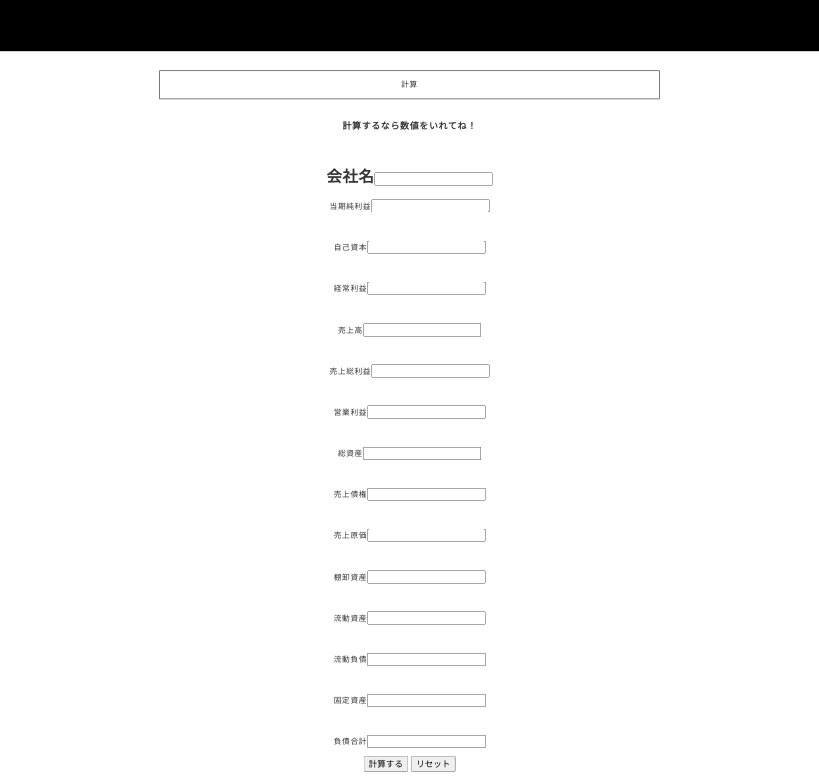
Repository: esk04/Keisanchan
Page: http://localhost/Keisanchan/
The author's editor kept a copy of each file at every save. The page is drawn from the files as they stood at one save, then again after the next save.
The browser window is 1280 px wide. The pictures show the whole page, at 64% of full size.
The page is served by Tomcat 9. Other server files are loaded and not shown.

Above is the page before, as saved 2018-08-20 06:53:59.

### Keisanchan/WebContent/keisan.jsp
<%@ page language="java" contentType="text/html; charset=UTF-8"
    pageEncoding="UTF-8"%>
<%@ taglib prefix="s" uri="/struts-tags" %>
<!DOCTYPE html>
<html>
<head>
<meta charset="utf-8" />
<meta http-equiv="Content-Style-Type" content="text/css" />
<meta http-equiv="Content-Script-Type" content="text/javascript" />
<meta http-equiv="imagetoolbar" content="no" />
<meta name="description" content="" />
<meta name="keywords" content="" />

<title>計算画面</title>
<style type="text/css">
 body{
      margin:0;
      padding:0;
      line-height:1.6;
      letter-spacing:1px;
      font-family:Verdana, Helvetica, sans-serif;
      font-size:12px;
      color:#333;
      background:#fff;
   }
   table{
     text-align:center;
     margin:o auto;
   }
   #top{
     width:780px;
     margin:30px auto;
     border:1px solid #333;
   }
   #header{
     width:100%;
     height:80px;
     background-color:black;
   }
   #main{
     width:100%;
     height:500px;
     text-align:center;
   }
   #footer{
     width:100%;
     height:80px;
     background-color:black;
     clear:both;
   }
   #text-center{
      display:inline-block;
      text-align:center;
   }
</style>
</head>
<body>
<div id="header">
        <div id="pr">
        </div>
</div>
<div id = "main">
       <div id="top">
          <p>計算</p>
       </div>
       <div>
        <h3>計算するなら数値をいれてね！</h3>

       <br/>

       <s:form action="KeisanAction">



 <s:form action="KeisanAction">
 <h1>会社名<input type="value" name="company_name" value=""></h1>
<p>当期純利益<input type="number" name="toki" value=""><p/>
<br><p>自己資本<input type="number" name="zikoshi" value=""></p>
<br><p>経常利益<input type="number" name="keijo" value=""></p>
<br><p>売上高<input type="number" name="uriage" value=""></p>
<br><p>売上総利益<input type="number" name="uriage_sori" value=""></p>
<br><p>営業利益<input type="number" name="eigyo" value=""></p>
<br><p>総資産<input type="number" name="total_assets" value=""></p>
<br><p>売上債権<input type="number" name="uriage_saiken" value=""></p>
<br><p>売上原価<input type="number" name="uriage_genka" value=""></p>
<br><p>棚卸資産<input type="number" name="tana" value=""></p>
<br><p>流動資産<input type="number" name="ryudo_assets" value=""></p>
<br><p>流動負債<input type="number" name="ryudo_fusai" value=""></p>
<br><p>固定資産<input type="number" name="kotei_assets" value=""></p>
<br><p>負債合計<input type="number" name="total_fusai" value=""></p>






<p><input type="submit" value="計算する"> <input type="reset" value="リセット"></p>
</s:form>


</s:form>

       <div id="text-link">

       </div>
       </div>
   </div>
</body>
</html>

After the next save:
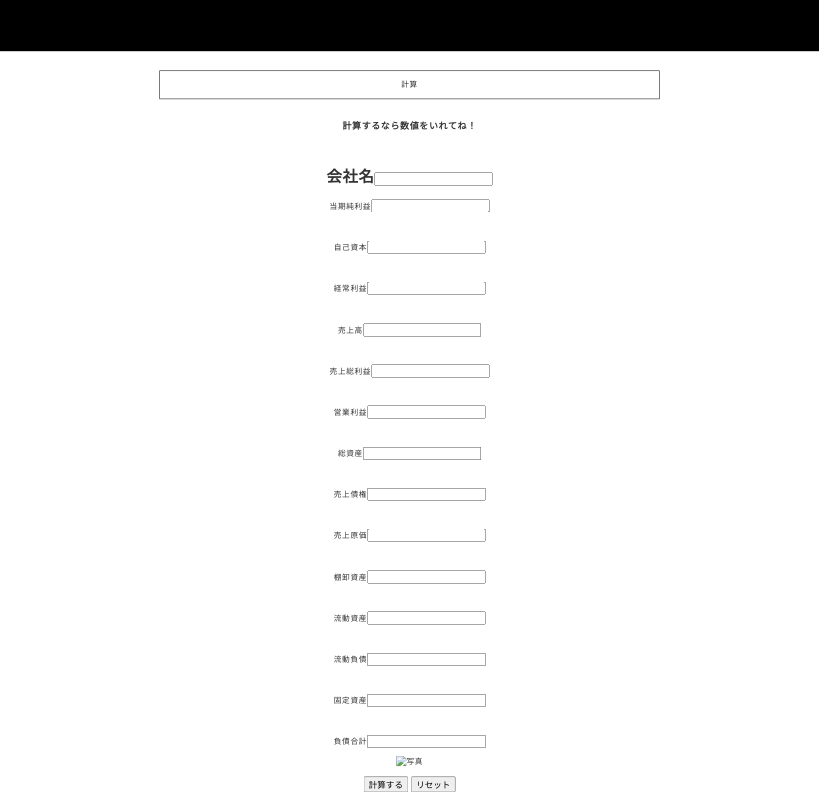
Not found: Keisanchan/Keisanchan/Keisanchan.JPG
Saved 10 min 33 s later.
--- a/Keisanchan/WebContent/keisan.jsp
+++ b/Keisanchan/WebContent/keisan.jsp
@@ -89,6 +89,8 @@
 <br><p>固定資産<input type="number" name="kotei_assets" value=""></p>
 <br><p>負債合計<input type="number" name="total_fusai" value=""></p>
 
+<img src="Keisanchan.JPG" alt="写真" title"けいさんちゃん">
+
 
 
 

After the save that followed:
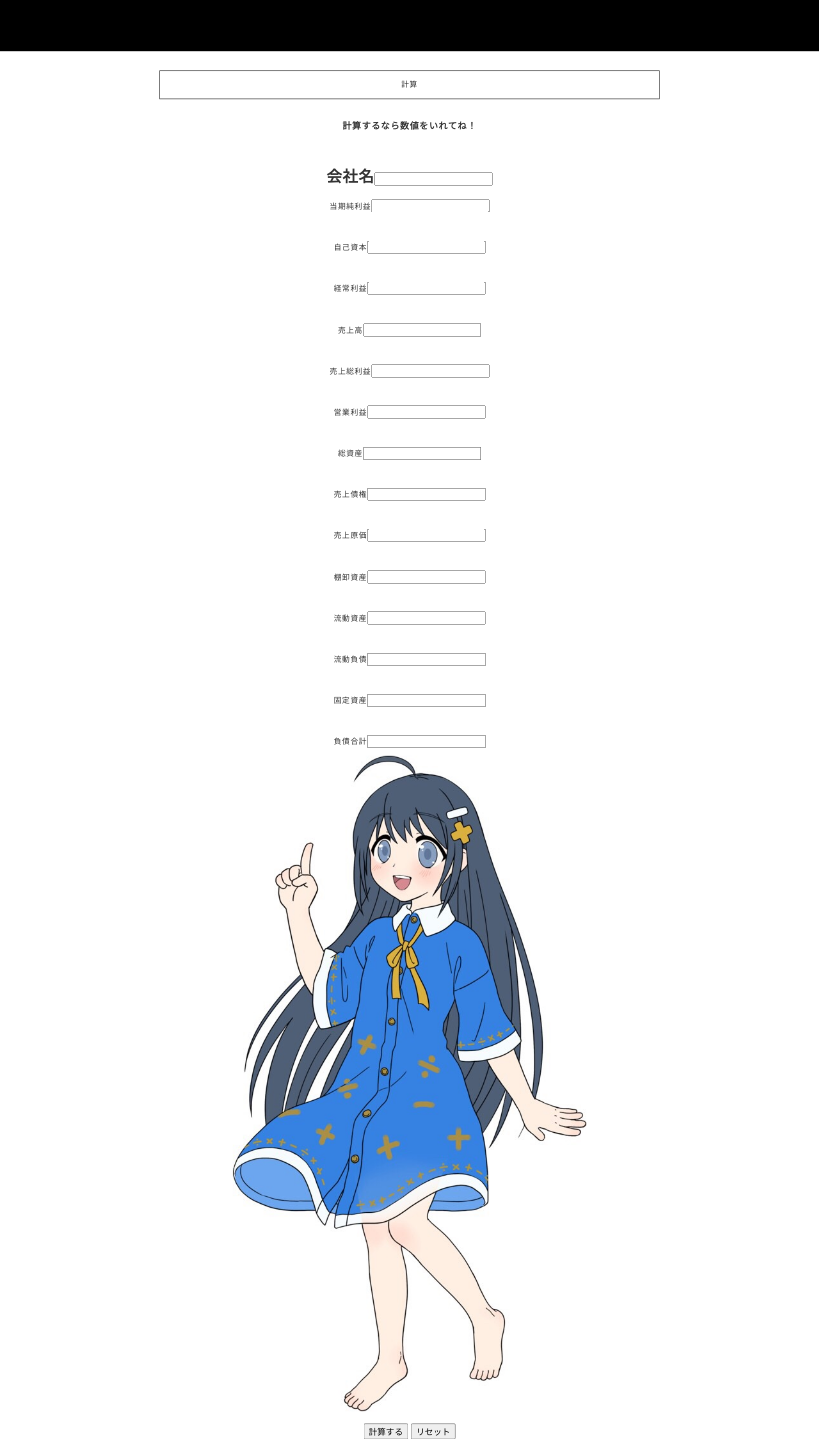
Saved 61 s later.
--- a/Keisanchan/WebContent/keisan.jsp
+++ b/Keisanchan/WebContent/keisan.jsp
@@ -89,7 +89,7 @@
 <br><p>固定資産<input type="number" name="kotei_assets" value=""></p>
 <br><p>負債合計<input type="number" name="total_fusai" value=""></p>
 
-<img src="Keisanchan.JPG" alt="写真" title"けいさんちゃん">
+<img src="img/Keisanchan.JPG" alt="写真" title"けいさんちゃん">
 
 
 
